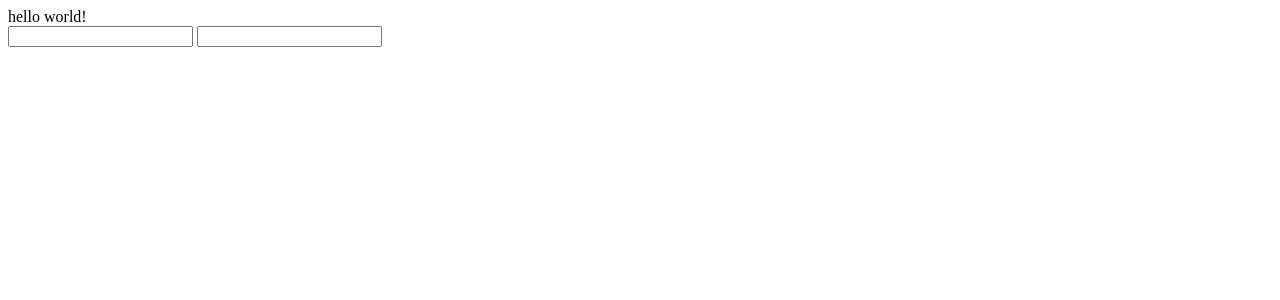
Repository: halfundecided/jsp-courseEval
Page: http://localhost/Hello_World/
The author's editor kept a copy of each file at every save. The page is drawn from the files as they stood at one save, then again after the next save.
The browser window is 1280 px wide. The pictures show the whole page.
The page is served by Tomcat 9.

Above is the page before, as saved 2018-02-11 03:08:41.

After the next save:
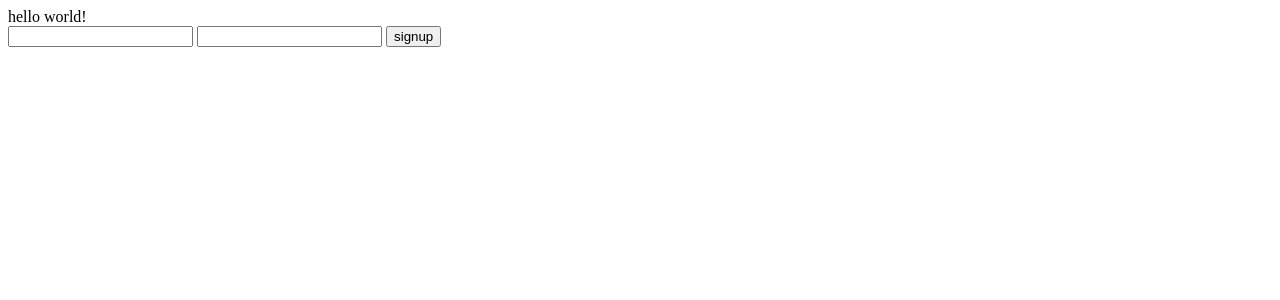
Saved 44 s later.
--- a/Hello World/WebContent/index.jsp
+++ b/Hello World/WebContent/index.jsp
@@ -12,6 +12,7 @@
  	<form action="./userJoinAction.jsp" method="post">
 		<input type="text" name="userID">
 		<input type="password" name="userPassword">
+		<input type="submit" value="signup">
  	</form>
 
 </body>
